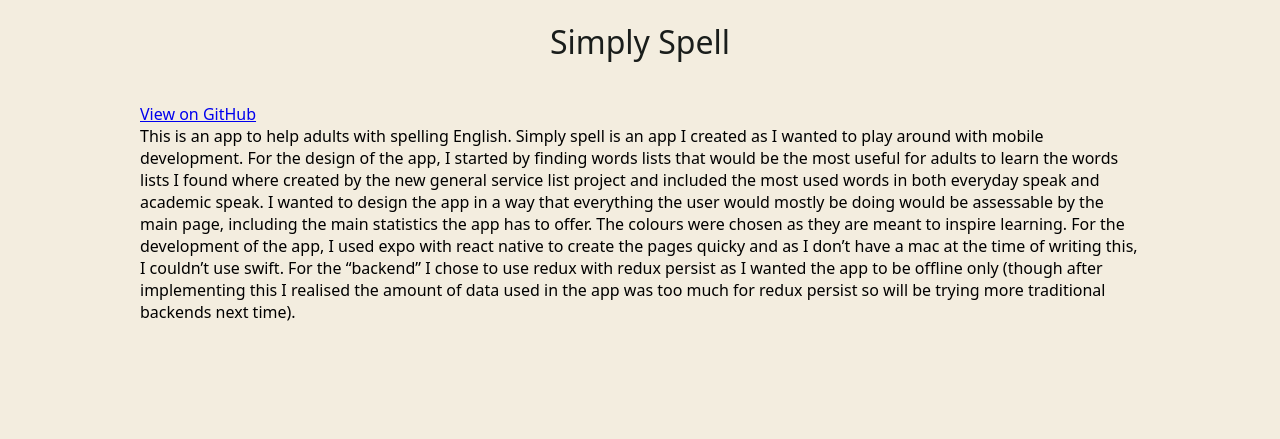
Repository: David-Waite/simpleespellwebsite
Page: /
The author's editor kept a copy of each file at every save. The page is drawn from the files as they stood at one save, then again after a run of saves.
The browser window is 1280 px wide. The pictures show the whole page.
The project was rebuilt for these pictures with package versions that can differ from the ones it lists, and the page was loaded fresh each time.

Above is the page before, as saved 2023-07-27 19:16:22.

### src/index.css
* {
  margin: 0;
  padding: 0;
  font-family: system-ui, -apple-system, BlinkMacSystemFont, "Segoe UI", Roboto,
    Oxygen, Ubuntu, Cantarell, "Open Sans", "Helvetica Neue", sans-serif;
}

body {
  background-color: #f3eddf;

  padding: 20px;
}

.container {
  display: flex;
  flex-direction: column;
  align-items: center;
  max-width: 1000px;
  margin: 0 auto;
  overflow: hidden;
  gap: 40px;
}

h1 {
  text-align: center;
  font-weight: 300;
  color: #191d1b;
}

### src/App.js
import { useState, useEffect } from "react";
import { useRef } from "react";
import styles from "./index.css";
import "react-slideshow-image/dist/styles.css";
export default function App(props) {
  let images = [
    "../simplySpell1.PNG",
    "../simplySpell2.PNG",
    "../simplySpell3.PNG",
    "../simplySpell4.PNG",
    "../simplySpell5.PNG",
    "../simplySpell6.PNG",
    "../simplySpell7.PNG",
    "../simplySpell8.PNG",
    "../simplySpell9.PNG",
  ];

  return (
    <div className="container">
      <h1>Simply Spell</h1>

      <div>
        <a href="https://github.com/David-Waite/SpellingApp">View on GitHub</a>
        <p>
          This is an app to help adults with spelling English. Simply spell is
          an app I created as I wanted to play around with mobile development.
          For the design of the app, I started by finding words lists that would
          be the most useful for adults to learn the words lists I found where
          created by the new general service list project and included the most
          used words in both everyday speak and academic speak. I wanted to
          design the app in a way that everything the user would mostly be doing
          would be assessable by the main page, including the main statistics
          the app has to offer. The colours were chosen as they are meant to
          inspire learning. For the development of the app, I used expo with
          react native to create the pages quicky and as I don’t have a mac at
          the time of writing this, I couldn’t use swift. For the “backend” I
          chose to use redux with redux persist as I wanted the app to be
          offline only (though after implementing this I realised the amount of
          data used in the app was too much for redux persist so will be trying
          more traditional backends next time).
        </p>
      </div>
    </div>
  );
}

Loaded but not shown: public/index.html (common file); src/index.js (common file); src/reportWebVitals.js (common file)

After the next 6 saves:
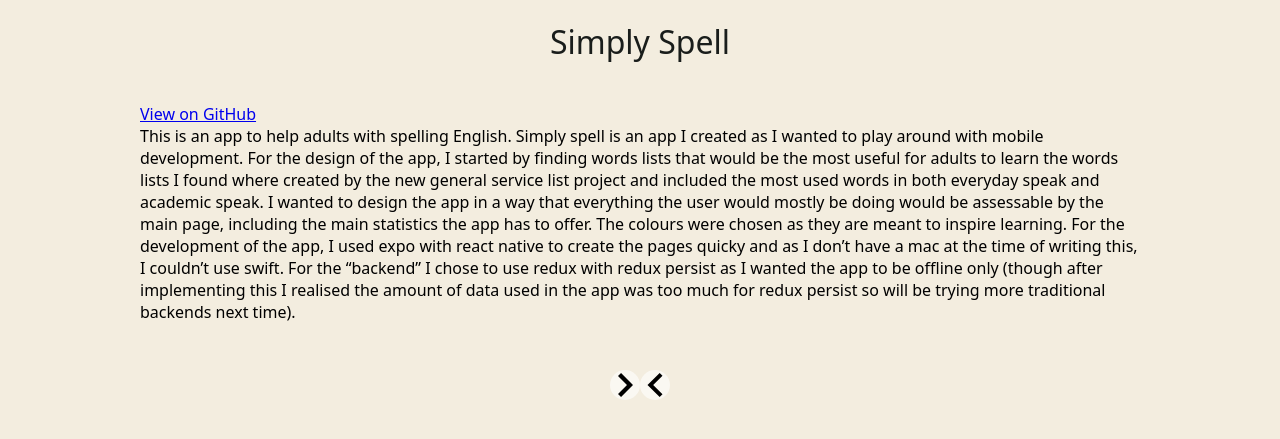
The 6 saves are shown as one change because 4 did not build or start and some came seconds apart.
The last was saved 115 s later.
--- a/src/App.js
+++ b/src/App.js
@@ -1,9 +1,11 @@
-import { useState, useEffect } from "react";
-import { useRef } from "react";
-import styles from "./index.css";
+import React from "react";
+import { Slide } from "react-slideshow-image";
 import "react-slideshow-image/dist/styles.css";
-export default function App(props) {
-  let images = [
+
+import "react-slideshow-image/dist/styles.css";
+
+export default function App() {
+  const images = [
     "../simplySpell1.PNG",
     "../simplySpell2.PNG",
     "../simplySpell3.PNG",
@@ -40,6 +42,23 @@ export default function App(props) {
           more traditional backends next time).
         </p>
       </div>
+      <Slide>
+        <div className="each-slide-effect">
+          <div style={{ backgroundImage: `url(${images[0]})` }}>
+            <span>Slide 1</span>
+          </div>
+        </div>
+        <div className="each-slide-effect">
+          <div style={{ backgroundImage: `url(${images[1]})` }}>
+            <span>Slide 2</span>
+          </div>
+        </div>
+        <div className="each-slide-effect">
+          <div style={{ backgroundImage: `url(${images[2]})` }}>
+            <span>Slide 3</span>
+          </div>
+        </div>
+      </Slide>
     </div>
   );
 }
